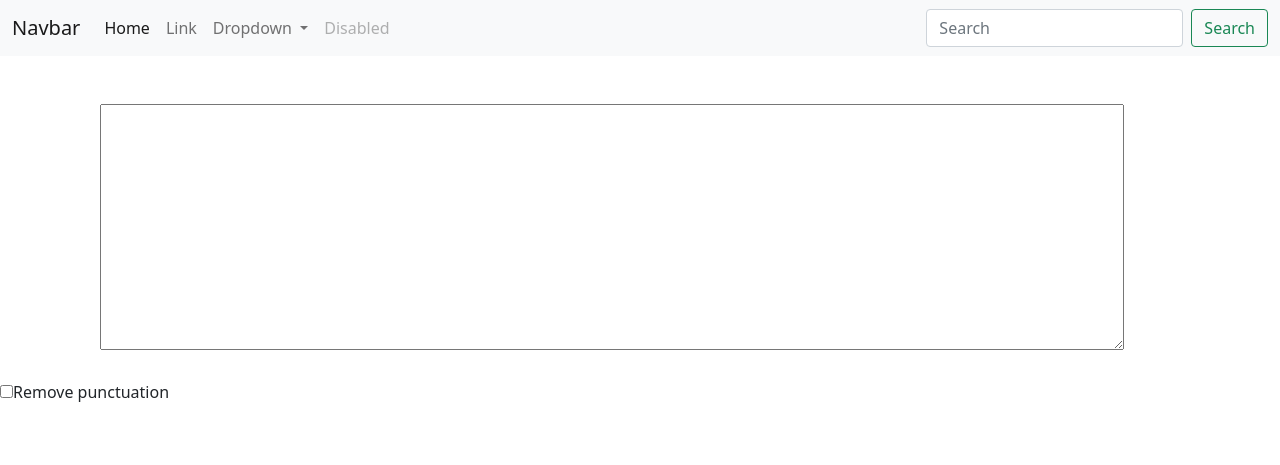
Repository: thenameisshreyank/Textutility
Page: http://localhost/
These files come from the project's save history. The page is drawn as it stood at one moment and after the next save; the edit follows.
The browser window is 1280 px wide. The pictures show the whole page.
The page is served by the project's application, run on Django 4.2 (manage.py).

Above is the page before, as saved 2022-04-12 08:40:27.

After the next save:
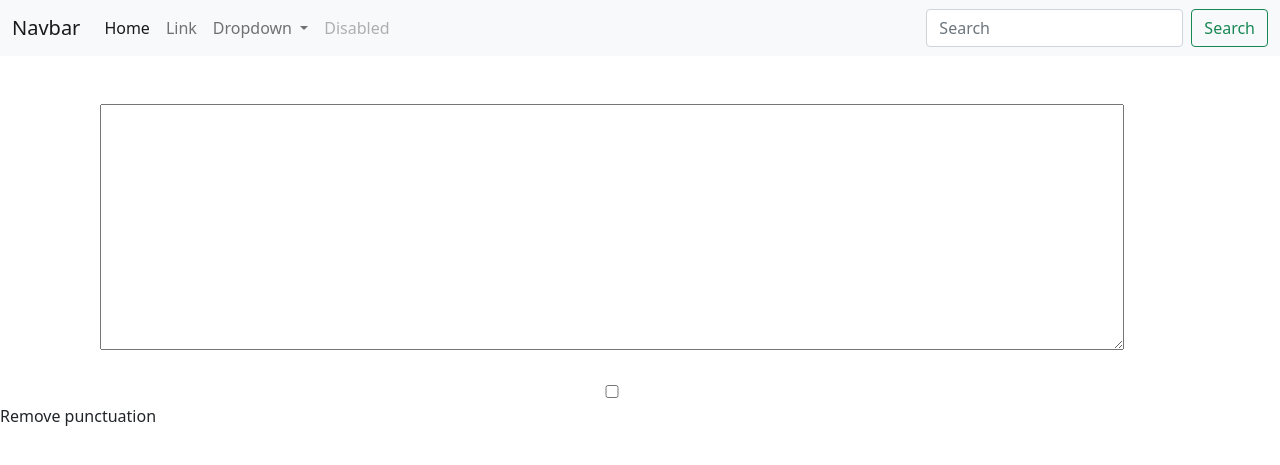
Saved 16 s later.
--- a/templates/index.html
+++ b/templates/index.html
@@ -9,6 +9,11 @@
     <title>Document</title>
     <style>
       #text{
+        margin-left: 100px;
+        width: 80%;
+        margin-right:100px;
+      }
+      #rf{
         margin-left: 100px;
         width: 80%;
         margin-right:100px;
